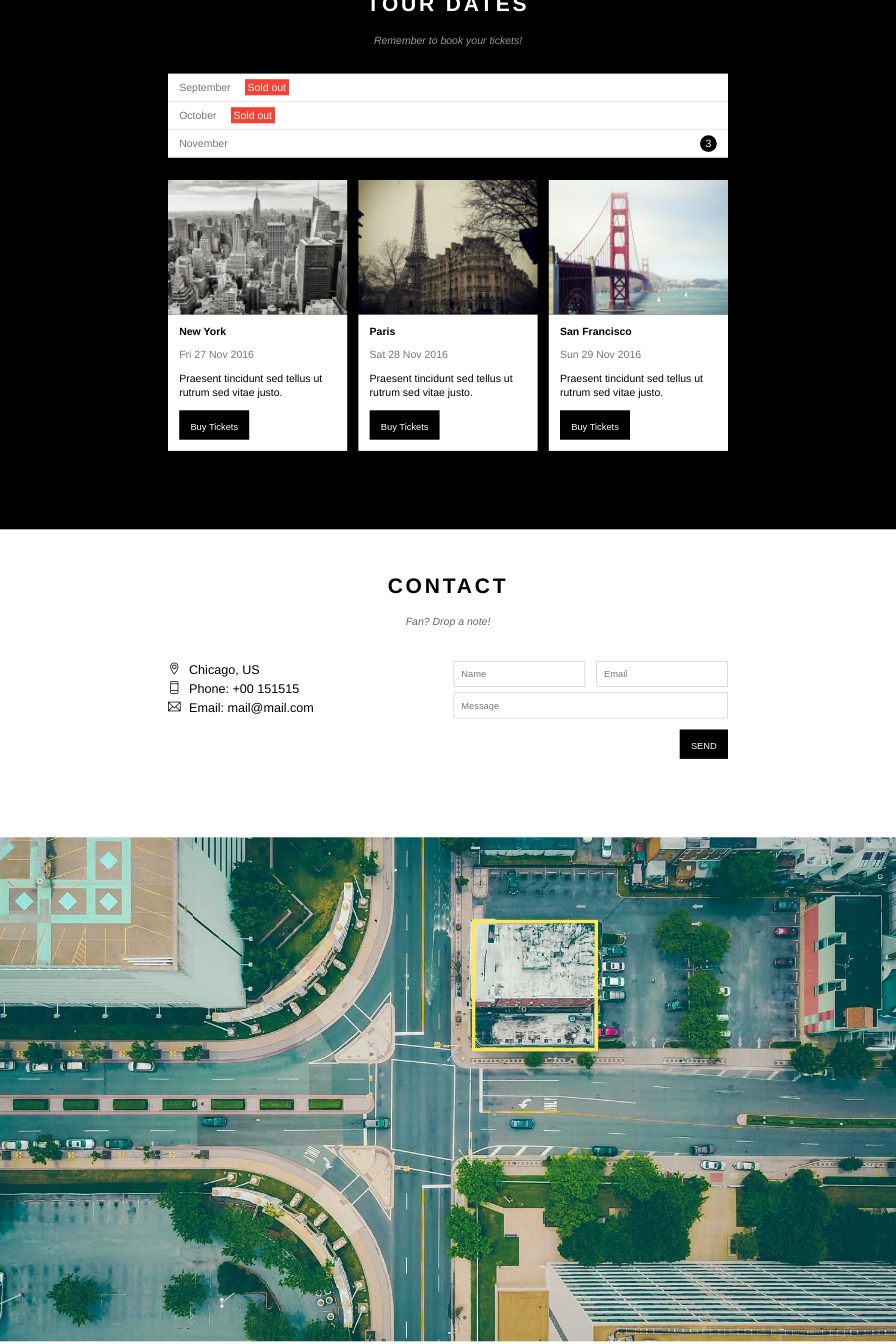
Repository: phongngotrong/w3school_reup
Page: index.html
The author's editor kept a copy of each file at every save. The page is drawn from the files as they stood at one save, then again after the next save.
The browser window is 1280 px wide. The pictures show the part of the page from y = 1393 to 3313 px (the page is 3313 px tall), at 70% of full size.

Above is the page before, as saved 2021-12-24 14:41:00.

### index.html
<!DOCTYPE html>
<html lang="en">
  <head>
    <meta charset="UTF-8" />
    <meta http-equiv="X-UA-Compatible" content="IE=edge" />
    <meta name="viewport" content="width=device-width, initial-scale=1.0" />
    <title>W3.CSS Template</title>
    <link rel="stylesheet" href="./assets/css/style.css" />
    <link rel="stylesheet" href="./assets/fonts/themify-icons/themify-icons.css">
  </head>
  <body>
    <div id="main">
      <div id="header">
        <!--Begin: Nav-->
        <ul id="nav">
          <li><a href="">Home</a></li>
          <li><a href="">Band</a></li>
          <li><a href="">Tour</a></li>
          <li><a href="">Contact</a></li>
          <li>
            <a href="">
              More
              <i class="nav-arrow-down ti-angle-down"></i>
            </a>
            <ul class="subnav">
              <ul>
                <li><a href="">Merchandise</a></li>
                <li><a href="">Extras</a></li>
                <li><a href="">Media</a></li>
              </ul>
            </ul>
          </li>
        </ul>
        <!--End: Nav-->

        <!--Begin: Search-->
        <div class="search-btn">
          <i class="search-icon ti-search"></i>
        </div>
        <!--End: Search-->
      </div>

      <div id="slider">
        <div class="text-content">
          <h2 class="text-heading">Chicago</h2>
          <div class="text-description">
            Thank you, Chicago - A night we won't forget.
          </div>
        </div>
      </div>

      <div id="content">
        <!--content section-->
        <div class="content-section">
          <h2 class="section-heading">THE BAND</h2>
          <p class="section-sub-heading">We love music</p>
          <p class="about-text">
            We have created a fictional band website. Lorem ipsum dolor sit
            amet, consectetur adipiscing elit, sed do eiusmod tempor incididunt
            ut labore et dolore magna aliqua. Ut enim ad minim veniam, quis
            nostrud exercitation ullamco laboris nisi ut aliquip ex ea commodo
            consequat. Duis aute irure dolor in reprehenderit in voluptate velit
            esse cillum dolore eu fugiat nulla pariatur. Excepteur sint occaecat
            cupidatat non proident, sunt in culpa qui officia deserunt mollit
            anim id est laborum consectetur adipiscing elit, sed do eiusmod
            tempor incididunt ut labore et dolore magna aliqua. Ut enim ad minim
            veniam, quis nostrud exercitation ullamco laboris nisi ut aliquip ex
            ea commodo consequat.
          </p>
          <div class="row list-member">
            <!--member1-->
            <div class="col col-third text-center">
              <p class="member-name">Name</p>
              <img
                src="./assets/img/member.jpg"
                alt="Name"
                class="avt-member"
              />
            </div>

            <!--member2-->
            <div class="col col-third text-center">
              <div class="member-name">Name</div>
              <img
                src="./assets/img/member.jpg"
                alt="Name"
                class="avt-member"
              />
            </div>
            <!--member3-->

            <div class="col col-third text-center">
              <div class="member-name">Name</div>
              <img
                src="./assets/img/member.jpg"
                alt="Name"
                class="avt-member"
              />
            </div>
            <!-- <div class="clear"></div> -->
          </div>
        </div>
        <!--tour section-->
        <div class="tour-section">
          <div class="content-section">
            <h2 class="section-heading text-white">TOUR DATES</h2>
            <p class="section-sub-heading text-white">
              Remember to book your tickets!
            </p>
            <!-- tickets -->
            <ul class="tickets-list">
              <li>September <span class="sold-out">Sold out</span></li>
              <li>October <span class="sold-out">Sold out</span></li>
              <li>November <span class="quantity">3</span></li>
            </ul>
            <div class="row places-list">
              <!-- place1 -->
              <div class="col col-third">
                <img
                  src="./assets/img/newyork.jpg"
                  alt="New York"
                  class="place-img"
                />
                <div class="places-body">
                  <h3 class="places-heading">New York</h3>
                  <p class="places-time">Fri 27 Nov 2016</p>
                  <p class="place-description">
                    Praesent tincidunt sed tellus ut rutrum sed vitae justo.
                  </p>
                  <button class="btn js-buy-ticket">Buy Tickets</button>
                </div>
              </div>
              <!-- place2 -->

              <div class="col col-third">
                <img
                  src="./assets/img/paris.jpg"
                  alt="New York"
                  class="place-img"
                />
                <div class="places-body">
                  <h3 class="places-heading">Paris</h3>
                  <p class="places-time">Sat 28 Nov 2016</p>
                  <p class="place-description">
                    Praesent tincidunt sed tellus ut rutrum sed vitae justo.
                  </p>
                  <button class="btn js-buy-ticket">Buy Tickets</button>
                </div>
              </div>
              <!-- place3 -->

              <div class="col col-third">
                <img
                  src="./assets/img/sanfran.jpg"
                  alt="New York"
                  class="place-img"
                />
                <div class="places-body">
                  <h3 class="places-heading">San Francisco</h3>
                  <p class="places-time">Sun 29 Nov 2016</p>
                  <p class="place-description">
                    Praesent tincidunt sed tellus ut rutrum sed vitae justo.
                  </p>
                  <button class="btn js-buy-ticket">Buy Tickets</button>
                </div>
              </div>
              <!-- <div class="clear"></div> -->
            </div>
          </div>
        </div>

        <!-- Begin: contact section-->
        <div class="content-section">
          <h2 class="section-heading">CONTACT</h2>
          <p class="section-sub-heading">Fan? Drop a note!</p>

          <div class="row contact-content">
            <div class="col col-half contact-info">
              <p><i class="ti-location-pin"></i>Chicago, US</p>
              <p><i class="ti-mobile"></i>Phone: +00 151515</p>
              <p><i class="ti-email"></i>Email: mail@mail.com</p>
            </div>
            <div class="col col-half contact-form">
              <form action="">
                <div class="row">
                  <div class="col col-half">
                      <input type="text" name="" required placeholder="Name" id="" class="form-control">
                  </div>
                  <div class="col col-half">
                    <input type="email" name="" required placeholder="Email" id="" class="form-control">
                </div>
                </div>
                <div class="row mt-8">
                  <div class="col col-full">
                    <input type="text" name="" required placeholder="Message" id="" class="form-control">
                </div>
                </div>
                <input class="btn pull-right mt-16" type="submit" value="SEND">
              </form>
            </div>
          </div>
        </div>
        <!-- End: contact section-->
        <div class="map-section">
          <img src="./assets/img/map.jpg" alt="Map">
        </div>
      </div>

      <div id="footer"></div>
    </div>

    <div class="modal js-modal">
      <div class="modal-container js-modal-container">
        <div class="modal-close js-modal-close">
          <i class="ti-close"></i>
        </div>
        <header class="modal-header">
          <i class="icon-ti-bag-header ti-bag"></i>
          Tickets
        </header>

        <div class="modal-body">
          <label for="tickets-quantity" class="modal-label">
            <i class="ti-shopping-cart"></i>
            Tickets, $15 per person
          </label>
          <input
            id="tickets-quantity"
            type="text"
            class="modal-input"
            placeholder="How many?"
          />

          <label for="tickets-email" class="modal-label">
            <i class="ti-user"></i>
            Send To
          </label>
          <input
            id="tickets-email"
            type="email"
            class="modal-input"
            placeholder="Enter email "
          />

          <button id="buy-tickets">
            PAY<i class="icon-ti-check-footer ti-check"></i>
          </button>
        </div>

        <footer class="modal-footer">
          <p class="modal-help">Need <a href="">help?</a></p>
        </footer>
      </div>
    </div>

    <script>
      const buyBtns = document.querySelectorAll('.js-buy-ticket')
      const modal = document.querySelector('.js-modal')
      const modalContainer = document.querySelector('.js-modal-container')
      const modalClose = document.querySelector('.js-modal-close')

      // hàm hiển thị modal mua vé(thêm class open vào modal)
      function showBuyTickets() {
        modal.classList.add('open')
      }

      // hàm ẩn modal mua vé(gỡ bỏ class open của modal)
      function hideBuyTickets() {
        modal.classList.remove('open')
      }

      // lặp qua từng thẻ button và nghe hành vi click
      for(const buyBtn of buyBtns) {
        buyBtn.addEventListener('click', showBuyTickets)
      }

      // nghe hành vi click vào button close
      modalClose.addEventListener('click', hideBuyTickets)

      modal.addEventListener('click', hideBuyTickets)

      modalContainer.addEventListener('click', function(event){
        event.stopPropagation()
      })

    </script>
  </body>
</html>

### assets/css/style.css
/* Reset CSS */

* {
  padding: 0;
  margin: 0;
  box-sizing: border-box;
}

html {
  font-family: Helvetica, Arial, sans-serif;
}
/*
  -Từ trên xuống dưới
  -Từ ngoài vào trong
  -Tổng quan đến chi tiết
  */

/*
  1. Vi tri
  2. Kich thuoc
  3. Mau sac
  4. Kieu dang (kieu chu, hinh tron, vuong...)
  */

/* Common */
.text-center {
  text-align: center !important;
}

.row {
  margin-left: -8px;
  margin-right: -8px;
}

/* Tạo element giả */
.row::after {
  content: "";
  display: block;
  clear: both;
}
/*.................*/

.col {
  float: left;
  padding-left: 8px;
  padding-right: 8px;
}

.col-full {
  width: 100%;
}

.col-half {
  width: 50%;
}

.col-third {
  width: 33.33333%;
}

.pull-right {
  float: right;
}

.btn {
  background-color: #000;
  color: #fff;
  text-decoration: none;
  display: inline-block;
  padding: 11px 16px;
  margin-top: 15px;
  padding-top: 16px;
  cursor: pointer;
  border: none;
}

.btn:hover {
  background-color: #ccc;
  color: #000;
}

.mt-8 {
  margin-top: 8px !important;
}

.mt-16 {
  margin-top: 16px !important;
}

.clear {
  clear: both;
}

/* .row::after {
    clear: both;
    display: block;
    content: "";
  } */

.text-white {
  color: #fff !important;
}

/* Main */
#main {
}

#header {
  position: fixed;
  top: 0;
  left: 0;
  right: 0;
  height: 46px;
  background-color: #000;
  z-index: 1;
}

#nav {
  display: inline-block;
}

li {
  list-style-type: none;
}

#nav > li {
  display: inline-block;
}

#nav li {
  position: relative;
}

#nav > li > a {
  color: #fff;
  text-transform: uppercase;
}

#nav li a {
  text-decoration: none;
  line-height: 46px;
  padding: 0 24px;
  display: block;
}

#nav li:hover .subnav {
  display: block;
}

#nav > li:hover > a,
#nav .subnav li:hover a {
  color: #000;
  background-color: #ccc;
}

#nav .subnav {
  display: none;
  min-width: 160px;
  position: absolute;
  background-color: #fff;
  box-shadow: 0 0 10px rgba(0, 0, 0, 0.3);
}

#nav .subnav a {
  color: #000;
  padding: 0 12px;
  line-height: 38px;
}

#nav .nav-arrow-down {
  font-size: 12px;
}

#header .search-btn {
  float: right;
  padding: 0 20px;
  cursor: pointer;
}

#header .search-btn:hover {
  background-color: #f44336;
}

#header .search-icon {
  color: #fff;
  font-size: 20px;
  line-height: 46px;
}

#slider {
  position: relative;
  margin-top: 46px;
  padding-top: 50%;
  background: url("/assets/img/slider.jpg") top center / cover no-repeat;
}

#slider .text-content {
  position: absolute;
  bottom: 47px;
  color: #fff;
  width: 100%;
  text-align: center;
}

#slider .text-heading {
  font-weight: 500;
  font-size: 24px;
}

#slider .text-description {
  font-size: 15px;
  margin-top: 25px;
}

#content {
}

#content .content-section {
  width: 800px;
  padding: 64px 0 112px;
  margin-right: auto;
  margin-left: auto;
}

#content .section-heading {
  text-align: center;
  font-size: 30px;
  letter-spacing: 4px;
}

#content .section-sub-heading {
  font-size: 15px;
  text-align: center;
  margin-top: 25px;
  font-style: italic;
  opacity: 0.6;
}

#content .about-text {
  font-size: 15px;
  margin-top: 15px;
  text-align: justify;
  line-height: 1.4;
}

#content .member-name {
  font-size: 16px;
}

#content .list-member {
  margin-top: 48px;
  /* margin-bottom: 48px;
    overflow: hidden;  */
}

/* #content .item-member {
    float: left;
    width: 33.33333%;
    text-align: center;
  } */

#content .avt-member {
  margin-top: 15px;
  width: 154px;
  border-radius: 4px;
}

/* tour section */
.tour-section {
  background-color: #000;
}
.tickets-list {
  background-color: #fff;
  margin-top: 40px;
  list-style: none;
}

.tickets-list li {
  color: #757575;
  font-size: 15px;
  padding: 11px 16px;
  border-bottom: 1px solid #ddd;
}

.tickets-list .sold-out {
  background-color: #f44336;
  color: #fff;
  padding: 3px 4px;
  margin-left: 16px;
}

.tickets-list .quantity {
  float: right;
  width: 24px;
  height: 24px;
  background-color: #000;
  color: #fff;
  border-radius: 50%;
  line-height: 24px;
  text-align: center;
  margin-top: -3px;
}

/* Places */
.places-list {
  margin-top: 32px;
}

/* .places-item {
    float: left;
    width: 33.33333%;
    padding: 0 8px;
  } */

.place-img {
  width: 100%;
  display: block;
}

.place-img:hover {
  opacity: 0.6;
}

.places-body {
  padding: 16px;
  font-size: 15px;
  background-color: #fff;
}

.places-heading {
  font-size: 15px;
}

.places-time {
  padding-top: 15px;
  color: #757575;
}

.place-description {
  padding-top: 15px;
  line-height: 1.4;
}

.modal {
  position: fixed;
  top: 0;
  bottom: 0;
  right: 0;
  left: 0;
  background-color: rgba(0, 0, 0, 0.4);
  display: none;
  align-items: center;
  justify-content: center;
}

.modal.open {
  display: flex;
}

.modal-container {
  background-color: #fff;
  width: 900px;
  min-height: 200px;
  position: relative;
  max-width: calc(100% -32px);
  animation: modalFadeIn ease 0.4s;
}

.modal-header {
  background-color: #009688;
  color: #fff;
  height: 130px;
  font-size: 30px;
  display: flex;
  align-items: center;
  justify-content: center;
  letter-spacing: 4px;
}

.modal-close:hover {
  background-color: #ccc;
  color: #000;
}

.modal-close {
  position: absolute;
  right: 0;
  top: 0;
  padding: 16px;
  font-size: 12px;
  color: #fff;
  cursor: pointer;
}

.icon-ti-bag-header {
  margin-right: 16px;
}

.modal-body {
  padding: 16px;
}

.modal-label {
  display: block;
  font-size: 15px;
  margin-bottom: 12px;
}

.modal-input {
  border: 1px solid #ccc;
  width: 100%;
  padding: 10px;
  font-size: 15px;
  margin-bottom: 24px;
}

#buy-tickets:hover {
  background-color: #ccc;
  color: #000;
}

#buy-tickets {
  background-color: #009688;
  width: 100%;
  padding: 18px;
  color: #fff;
  border: none;
  text-transform: uppercase;
  font-size: 15px;
  cursor: pointer;
}

.modal-footer {
  padding: 16px;
  text-align: right;
}

.modal-footer a {
  color: #2196f3;
}

/* Contact */
.contact-content {
  margin-top: 48px;
}

.contact-info {
  font-size: 18px;
  line-height: 1.5;
}

.contact-info i[class*="ti-"] {
  width: 30px;
  display: inline-block;
}

.contact-form {
  font-size: 15px;
}

.contact-form .form-control {
  padding: 10px;
  border: 1px solid #ccc;
  width: 100%;
}

/* .contact-form .form-submit-btn {
  background: #000;
  color: #fff;
  border: 1px solid #000;
  padding: 10px 16px;
  float: right;
} */

/* .form-submit-btn:hover {
  background: #ccc;
  color: #000;
  border: none;
  cursor: pointer;
} */

/* Map section */
.map-section img {
  width: 100%;
}

/* footer section */

#footer {
}

/* Tạo hoạt ảnh  */
@keyframes modalFadeIn {
  from {
    opacity: 0;
    transform: translateY(-140px);
  }
  to {
    opacity: 1;
    transform: translateY(0);
  }
}

Loaded but not shown: assets/fonts/themify-icons/themify-icons.css (common file)

After the next save:
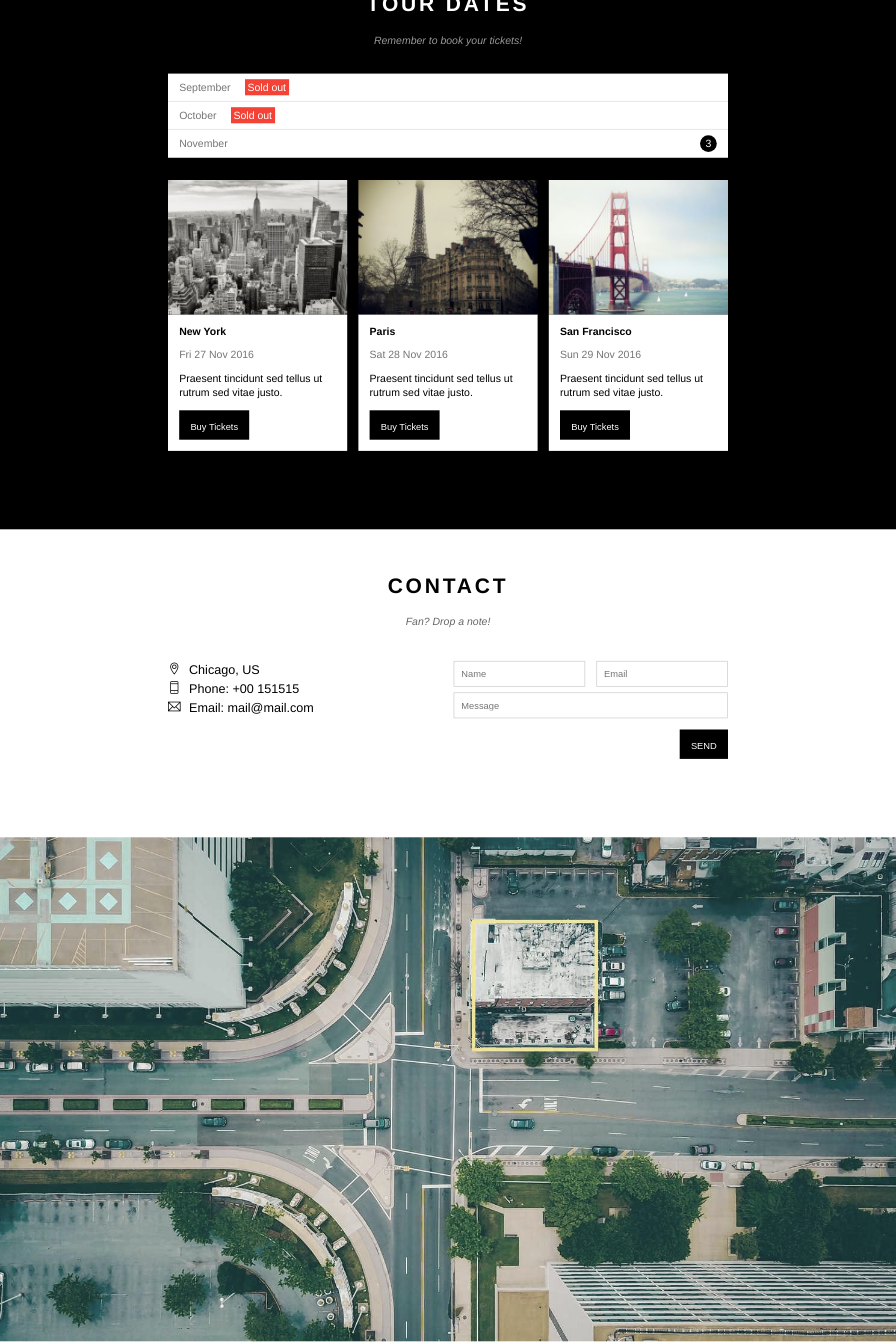
Saved 2 s later.
--- a/assets/css/style.css
+++ b/assets/css/style.css
@@ -482,6 +482,7 @@
 /* Map section */
 .map-section img {
   width: 100%;
+  filter: grayscale(50%);
 }
 
 /* footer section */
